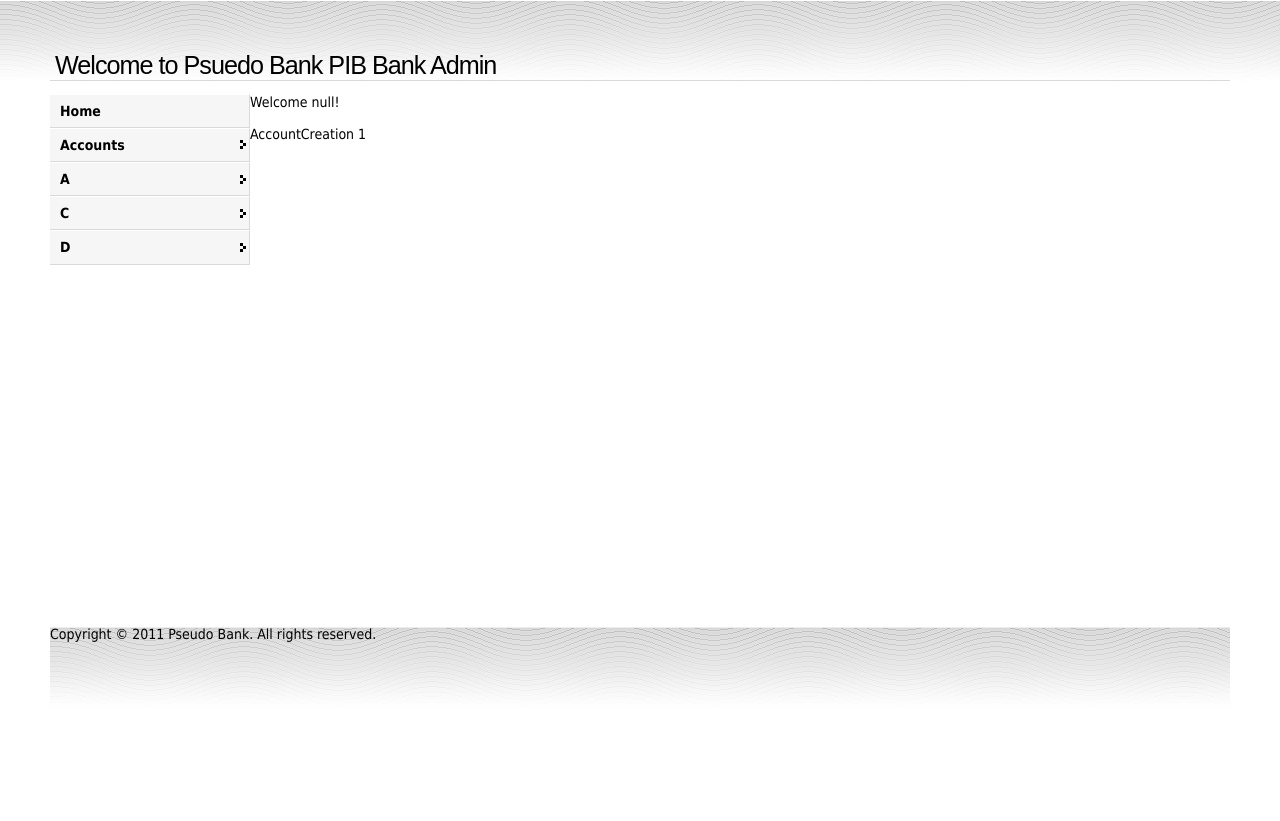
Repository: hareth12/Final-Year-Project
Page: http://localhost/bankAdmin/Account/accountCreation1.jsp
These files come from the project's save history. The page is drawn as it stood at one moment and after the next save; the edit follows.
The browser window is 1280 px wide. The pictures show the whole page.
The page is served by Tomcat 9. Other server files are loaded and not shown.

Above is the page before, as saved 2011-09-29 19:26:14.

### bankAdmin/WebContent/Account/accountCreation1.jsp
<!DOCTYPE html PUBLIC "-//W3C//DTD XHTML 1.0 Transitional//EN" "http://www.w3.org/TR/xhtml1/DTD/xhtml1-transitional.dtd">
<html xmlns="http://www.w3.org/1999/xhtml" xml:lang="en" lang="en">
<head>
<title>Psuedo Bank Personal Internal Banking</title>
<meta http-equiv="Content-Type" content="text/html; charset=utf-8" />
<meta name="author" content="Tom@Lwis (http://www.lwis.net/free-css-drop-down-menu/)" />
<meta name="keywords" content="css, dropdowns, dropdown menu, drop-down, menu, navigation, nav, horizontal, vertical left-to-right, vertical right-to-left, horizontal linear, horizontal upwards, cross browser, internet explorer, ie, firefox, safari, opera, browser, lwis" />
<meta name="description" content="Simple vertical left-to-right direction css drop-down menu demo using clean, standards-friendly, free, easy, cross browser framework for css drop-down menus" />
<link href="/pib/asset/secured/helper.css" media="screen" rel="stylesheet" type="text/css" />

<style type="text/css">

/* Layout */
@import "/pib/asset/secured/dropdown.css";
@import "/pib/asset/secured/dropdown.vertical.css";

/* Theme */
@import "/pib/asset/secured/default.css";

</style>


</head>
<body>
<div id="wrap">  <!-- This wrap div needs to encompass everything except the footer div at bottom -->
<h1>Welcome to Psuedo Bank PIB Bank Admin</h1>

<ul id="nav" class="dropdown dropdown-vertical">
    <li><a href="#">Home</a></li>
    <li class="dir">Accounts
        <ul>
            <li><a href="/bankAdmin/AccountCreation">Accounts Creation</a></li>
            <li><a href="#">Accounts Enquiry</a></li>
                <ul>
                    <li><a href="./">1</a></li>
                    <li><a href="./">2</a></li>
                    <li><a href="./">3</a></li>
                    <li><a href="./">4</a></li>
                    <li><a href="./">5</a></li>
                </ul>
            </li>
        </ul>
    </li>
    <li class="dir">A
        <ul>
            <li><a href="#">1</a></li>
            <li><a href="#">2</a></li>
            <li><a href="#">3</a></li>
        </ul>
    </li>
    <li class="dir">C
        <ul>
            <li><a href="./">1</a></li>
            <li><a href="./">2</a></li>
            <li><a href="./">3</a></li>
        </ul>
    </li>
    <li class="dir">D</a>
        <ul>
            <li><a href="./">1</a></li>
        </ul>
    </li>
</ul>
	<div id="main">
	Welcome <%=((String)request.getAttribute("userName")) %>!
	<br></br>
	AccountCreation 1
	</div>

</div>

<div class="footer">
	<div id="foot"> <!-- this extra div is just centering the fixed width area of the footer content -->

    <p>Copyright &copy; 2011 Pseudo Bank. All rights reserved.</p>
    </div>
</div>

</body>


</html>

### bankAdmin/WebContent/asset/secured/helper.css

* {
 margin: 0;
 padding: 0;
}

body {
 padding: 50px;
 border-top: solid 1px #fff;
 background: #fff url(images/pattern1.png) 0 0 repeat-x;
 font: 14px/normal Tahoma, Arial, Helvetica, sans-serif;
}

html, body{height: 100%;}

#wrap {min-height: 80%;}

#main {overflow:auto;
    padding-bottom: 20%;}  /* must be same height as the footer */

footer {

 position: relative;
 margin-top: -20%;
 height: 20%;
 clear:both;
 text-align: center;
 width:100%;
}

/* Footer */
#footer {background: #444444 url('images/footer.gif') repeat-x;color:#ffffff;font-size:11px;font-family:Verdana, Arial, sans-serif}
#footer2 {background-color: #444444;color:#ffffff;font-size:11px;font-family:Verdana, Arial, sans-serif;height:140px}
#footer a, #footer2 a {color:#ffffff;text-decoration:underline}
#footer a:hover, #footer2 a:hover {color:#804249;text-decoration:underline}
#footer a:visited, #footer2 a:visited  {color:#ffffff;text-decoration:underline}
#footer p, #footer2 p {margin:0 0 15px 0}
#footer p.axe img, #footer2 p.axe img {margin-bottom:-7px}
#foot {width:100%;margin:0 auto;background: url('images/pattern1.png') repeat-x;height:140px;line-height:1.1em;padding: 0;}
#foot2 {width:800px;margin:0 auto;height:140px;line-height:1.1em;padding:0 10px 0 10px}
#foot #left {width:400px;float:left;padding-top:72px}
#foot #right {width:250px;float:right;text-align:right;padding-top:72px}
#foot2 #left {width:450px;float:left;padding-top:45px}
#foot2 #right {width:250px;float:right;text-align:right;padding-top:45px}

.clearfix:after {content: ".";display: block;height: 0;clear: both;visibility: hidden}
.clearfix {display: inline-block}
* html .clearfix {height: 1%}
.clearfix {display: block}


p { margin-bottom: 1em; }

ul.classic {
 list-style: disc;
 margin-bottom: 1em;
 padding-left: 2em;
}

h1,h2,h3 {
 margin-bottom: .5em;
 font-family: Arial, Helvetica, sans-serif;
 line-height: normal;
}

h1 {
 border-bottom: solid 1px #d9d9d9;
 font-weight: normal;
 font-size: 180%;
 text-indent: 5px;
 letter-spacing: -1px;
}

.dropdown-upward {
 margin-top: 400px !important;
}

### bankAdmin/WebContent/asset/secured/dropdown.css
@charset "UTF-8";

/**
 * Horizontal CSS Drop-Down Menu Module
 *
 * @file        dropdown.css
 * @package     Dropdown
 * @version     0.7.1
 * @type        Transitional
 * @stacks      597-599
 * @browsers    Windows: IE6+, Opera7+, Firefox1+
 *              Mac OS: Safari2+, Firefox2+
 *
 * @link        http://www.lwis.net/
 * @copyright   2006-2008 Live Web Institute. All Rights Reserved.
 *
 */

ul.dropdown,
ul.dropdown li,
ul.dropdown ul {
 list-style: none;
 margin: 0;
 padding: 0;
}

ul.dropdown {
 position: relative;
 z-index: 597;
 float: left;
}

ul.dropdown li {
 float: left;
 line-height: 1.3em;
 vertical-align: middle;
 zoom: 1;
}

ul.dropdown li.hover,
ul.dropdown li:hover {
 position: relative;
 z-index: 599;
 cursor: default;
}

ul.dropdown ul {
 visibility: hidden;
 position: absolute;
 top: 100%;
 left: 0;
 z-index: 598;
 width: 100%;
}

ul.dropdown ul li {
 float: none;
}

ul.dropdown ul ul {
 top: 1px;
 left: 99%;
}

ul.dropdown li:hover > ul {
 visibility: visible;
}

### bankAdmin/WebContent/asset/secured/dropdown.vertical.css
@charset "UTF-8";

/**
 * Vertical Left-to-Right Direction CSS Drop-Down Menu Component
 *
 * @file		dropdown.vertical.css
 * @package		Dropdown
 * @version		0.3
 * @type		Transitional
 * @requires	dropdown.css
 * @browsers	Windows: IE5+, Opera7+, Firefox1+
 *				Mac OS: Safari2+, Firefox2+
 *
 * @link		http://www.lwis.net/
 * @copyright	2006-2008 Live Web Institute. All Rights Reserved.
 *
 */

@import "dropdown.css";

ul.dropdown-vertical {
 width: 200px;
}

ul.dropdown-vertical ul {
 top: 1px;
 left: 99%;
}

ul.dropdown-vertical li {
 float: none;
}

### bankAdmin/WebContent/asset/secured/default.css
@charset "UTF-8";

/**
 * Default CSS Drop-Down Menu Theme
 *
 * @file		default.css
 * @name		Default
 * @version		0.1.1
 * @type		transitional
 * @browsers	Windows: IE5+, Opera7+, Firefox1+
 *				Mac OS: Safari2+, Firefox2+
 *
 * @link		http://www.lwis.net/
 * @copyright	2008 Live Web Institute. All Rights Reserved.
 *
 * Module Classes: *.dir {} *.on {} *.open {} li.hover {} li.first {} li.last {}
 * Expected directory tag - li
 *
 */


/*-------------------------------------------------/
 * @section		Base Drop-Down Styling
 * @structure	ul (unordered list)
 *				ul li (list item)
 *				ul li a (links)
 *				/*\.class|(li|a):hover/
 * @level sep	ul
 */


ul.dropdown {
 font-weight: bold;
}

	ul.dropdown li {
	 padding: 7px 10px;
	 border-style: solid;
	 border-width: 1px 1px 1px 0;
	 border-color: #fff #d9d9d9 #d9d9d9;
	 background-color: #f6f6f6;
	 color: #000;
	}

	ul.dropdown li.hover,
	ul.dropdown li:hover {
	 background-color: #eee;
	 color: #000;
	}

	ul.dropdown a:link,
	ul.dropdown a:visited	{ color: #000; text-decoration: none; }
	ul.dropdown a:hover		{ color: #000; }
	ul.dropdown a:active	{ color: #ffa500; }


	/* -- level mark -- */

	ul.dropdown ul {
	 width: 150px;
	 margin-top: 1px;
	}

		ul.dropdown ul li {
		 font-weight: normal;
		}



/*-------------------------------------------------/
 * @section		Support Class `dir`
 * @level sep	ul, .class
 */


ul.dropdown *.dir {
 padding-right: 20px;
 background-image: url(../secured/images/nav-arrow-down.png);
 background-position: 100% 50%;
 background-repeat: no-repeat;
}


/* -- Components override -- */

ul.dropdown-horizontal ul *.dir {
 padding-right: 15px;
 background-image: url(../secured/images/nav-arrow-right.png);
 background-position: 100% 50%;
 background-repeat: no-repeat;
}

ul.dropdown-upward *.dir {
 background-image: url(../secured/images/nav-arrow-top.png);
}

ul.dropdown-vertical *.dir,
ul.dropdown-upward ul *.dir {
 background-image: url(../secured/images/nav-arrow-right.png);
}

ul.dropdown-vertical-rtl *.dir {
 padding-right: 10px;
 padding-left: 15px;
 background-image: url(../secured/images/nav-arrow-left.png);
 background-position: 0 50%;
}

After the next save:
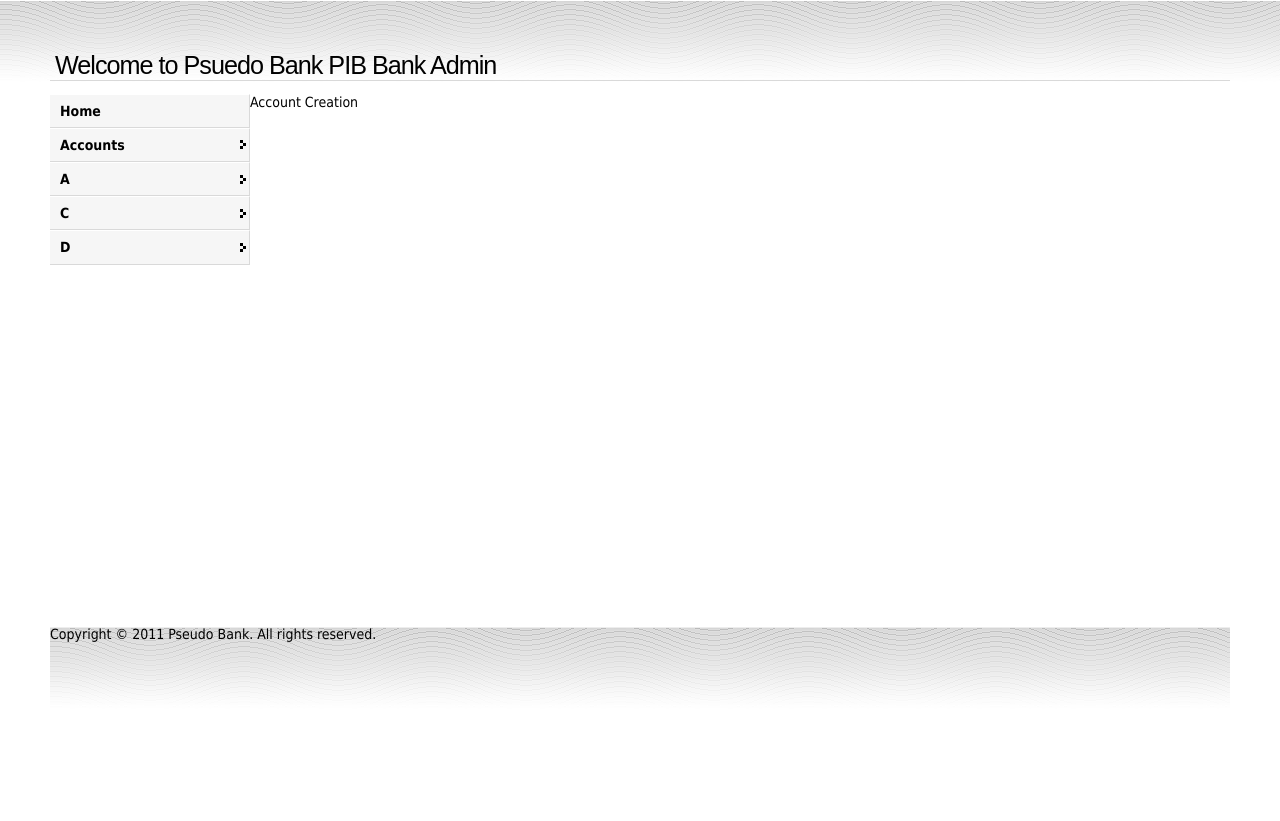
Saved 6 h 29 min later.
--- a/bankAdmin/WebContent/Account/accountCreation1.jsp
+++ b/bankAdmin/WebContent/Account/accountCreation1.jsp
@@ -62,9 +62,12 @@
     </li>
 </ul>
 	<div id="main">
-	Welcome <%=((String)request.getAttribute("userName")) %>!
+	Account Creation
 	<br></br>
-	AccountCreation 1
+
+
+
+
 	</div>
 
 </div>
